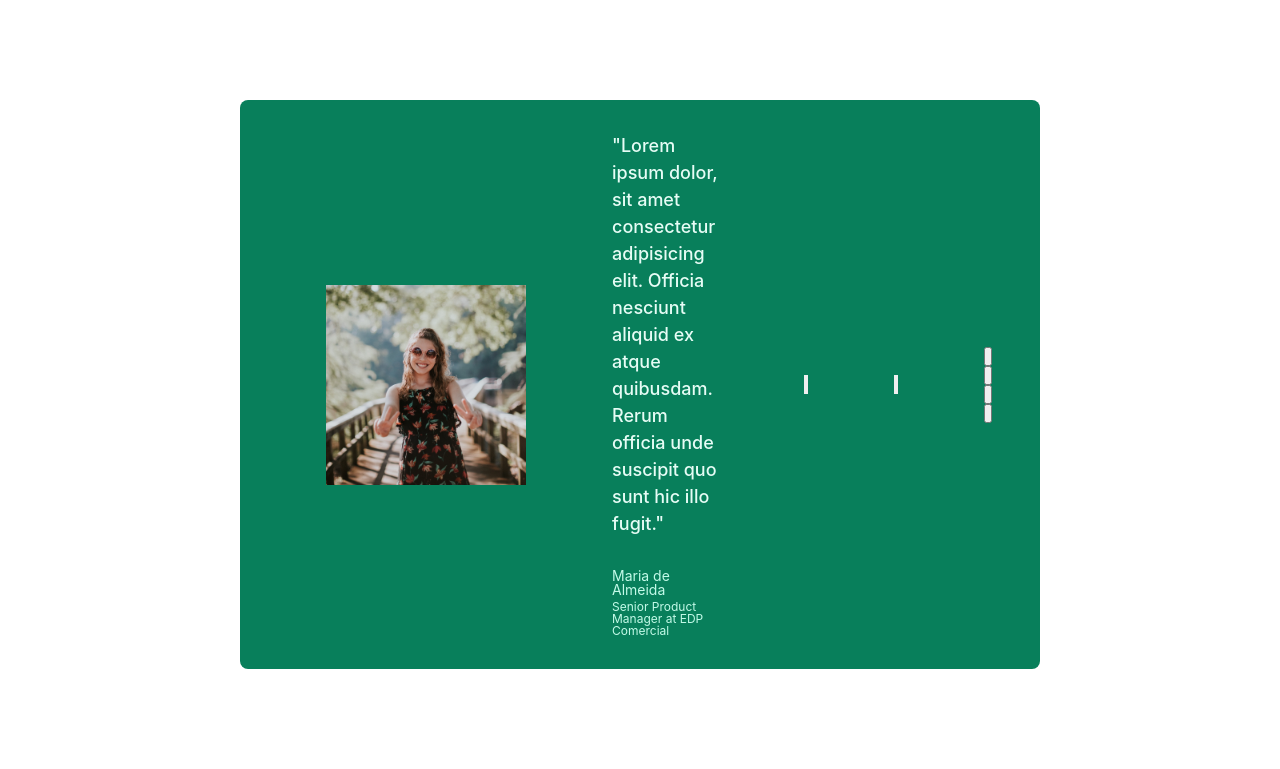
Repository: nghiakma/HTML-CSS-Fundamental
Page: Component_LayoutPatterns/carousel.html
An editor plug-in stored every save of this project. The page is shown before and after the next save, followed by the edit.
The browser window is 1280 px wide. The pictures show the whole page.

Above is the page before, as saved 2023-08-26 11:41:41.

After the next save:
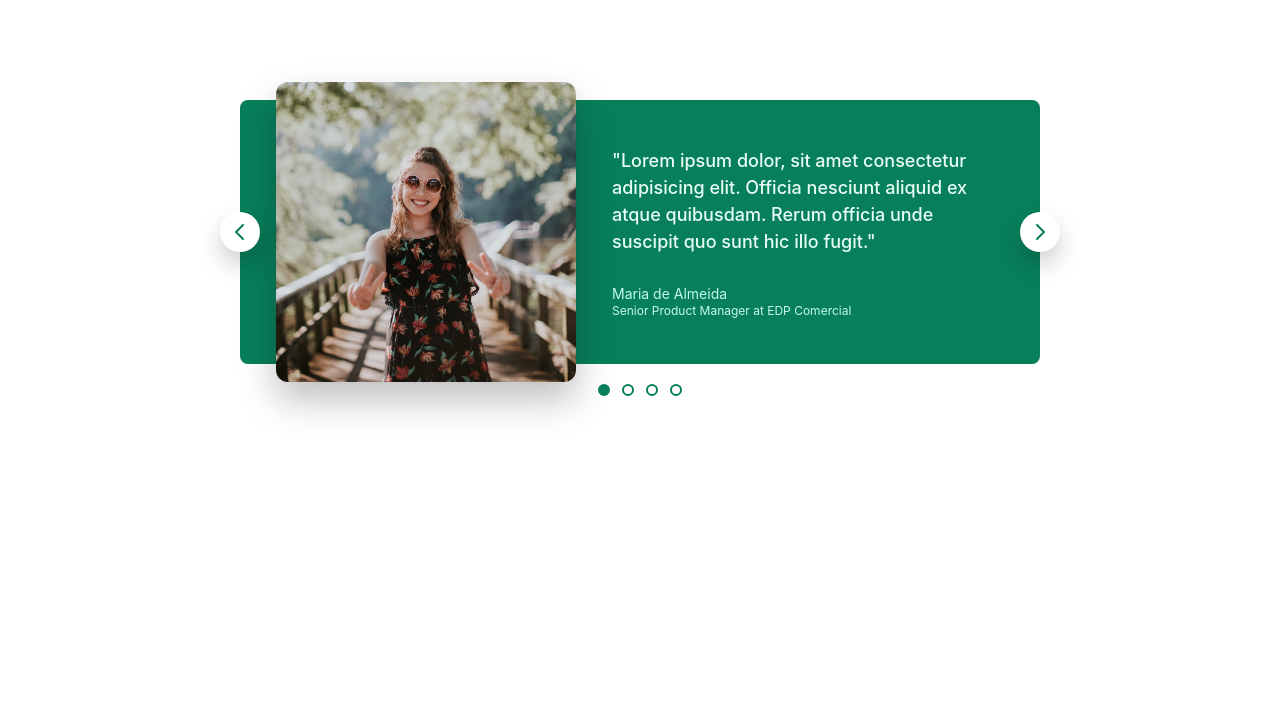
Saved 65 s later.
--- a/Component_LayoutPatterns/carousel.html
+++ b/Component_LayoutPatterns/carousel.html
@@ -22,9 +22,14 @@
       width: 800px;
       margin: 100px auto;
       background-color: #087f5b;
+      /* padding: 32px; */
+      /* padding-left: 86px; */
+      /* padding-right: 48px; */
       padding: 32px 48px 32px 86px;
+
       border-radius: 8px;
       position: relative;
+
       display: flex;
       align-items: center;
       gap: 86px;
@@ -32,6 +37,9 @@
 
     img {
       height: 200px;
+      border-radius: 8px;
+      transform: scale(1.5);
+      box-shadow: 0 12px 24px rgba(0, 0, 0, 0.25);
     }
 
     .testimonial-text {
@@ -51,6 +59,67 @@
     .testimonial-job {
       font-size: 12px;
       color: #c3fae8;
+    }
+
+    /* CONTROLS */
+    .btn {
+      background-color: #fff;
+      border: none;
+      height: 40px;
+      width: 40px;
+      border-radius: 50%;
+      position: absolute;
+      box-shadow: 0 12px 24px rgba(0, 0, 0, 0.2);
+      cursor: pointer;
+
+      display: flex;
+      align-items: center;
+      justify-content: center;
+    }
+
+    .btn--left {
+      /* In relation to PARENTE ELEMENT */
+      left: 0;
+      top: 50%;
+
+      /* In relation to ELEMENT ITSELF */
+      transform: translate(-50%, -50%);
+    }
+
+    .btn--right {
+      right: 0;
+      top: 50%;
+
+      transform: translate(50%, -50%);
+    }
+
+    .btn-icon {
+      height: 24px;
+      width: 24px;
+      stroke: #087f5b;
+    }
+
+    .dots {
+      position: absolute;
+      left: 50%;
+      bottom: 0;
+      transform: translate(-50%, 32px);
+
+      display: flex;
+      gap: 12px;
+    }
+
+    .dot {
+      height: 12px;
+      width: 12px;
+      background-color: #fff;
+      border: 2px solid #087f5b;
+      border-radius: 50%;
+      cursor: pointer;
+    }
+
+    .dot--fill {
+      background-color: #087f5b;
     }
   </style>
 </head>

After the save that followed:
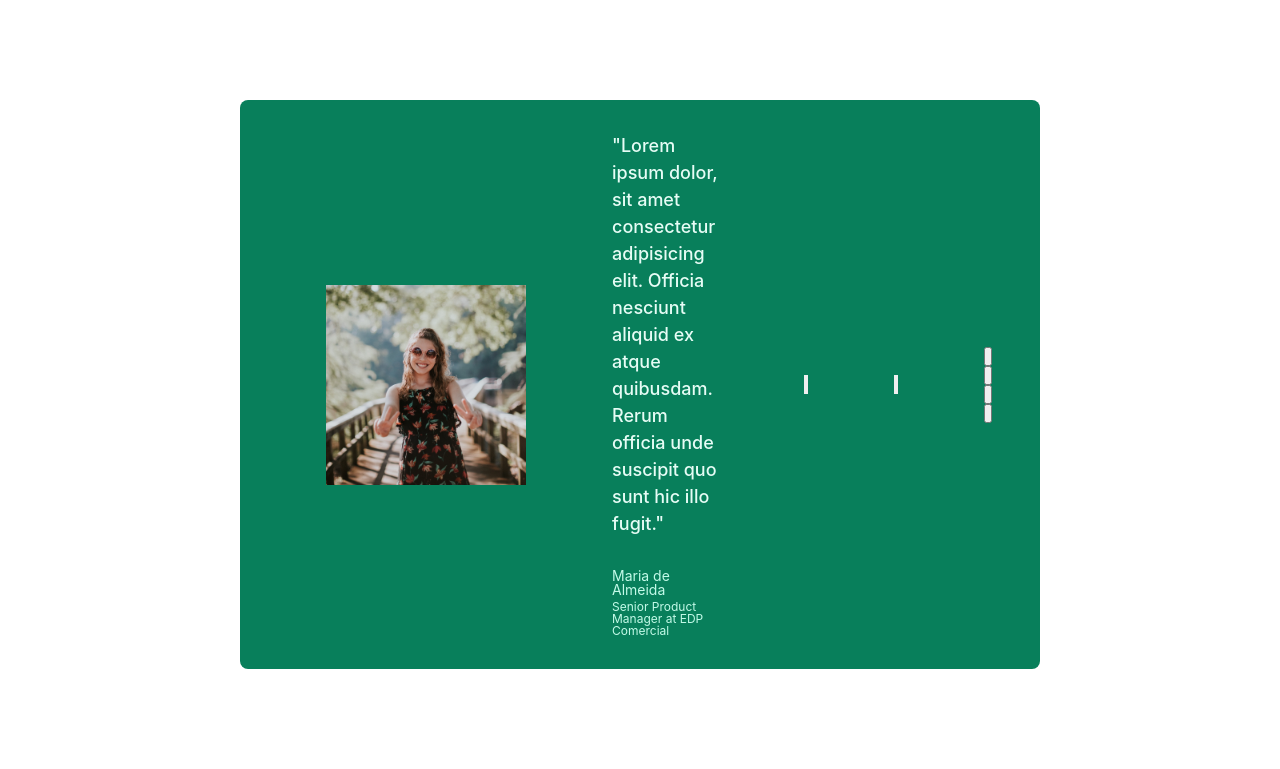
Saved 35 s later.
--- a/Component_LayoutPatterns/carousel.html
+++ b/Component_LayoutPatterns/carousel.html
@@ -37,9 +37,7 @@
 
     img {
       height: 200px;
-      border-radius: 8px;
-      transform: scale(1.5);
-      box-shadow: 0 12px 24px rgba(0, 0, 0, 0.25);
+
     }
 
     .testimonial-text {
@@ -62,65 +60,6 @@
     }
 
     /* CONTROLS */
-    .btn {
-      background-color: #fff;
-      border: none;
-      height: 40px;
-      width: 40px;
-      border-radius: 50%;
-      position: absolute;
-      box-shadow: 0 12px 24px rgba(0, 0, 0, 0.2);
-      cursor: pointer;
-
-      display: flex;
-      align-items: center;
-      justify-content: center;
-    }
-
-    .btn--left {
-      /* In relation to PARENTE ELEMENT */
-      left: 0;
-      top: 50%;
-
-      /* In relation to ELEMENT ITSELF */
-      transform: translate(-50%, -50%);
-    }
-
-    .btn--right {
-      right: 0;
-      top: 50%;
-
-      transform: translate(50%, -50%);
-    }
-
-    .btn-icon {
-      height: 24px;
-      width: 24px;
-      stroke: #087f5b;
-    }
-
-    .dots {
-      position: absolute;
-      left: 50%;
-      bottom: 0;
-      transform: translate(-50%, 32px);
-
-      display: flex;
-      gap: 12px;
-    }
-
-    .dot {
-      height: 12px;
-      width: 12px;
-      background-color: #fff;
-      border: 2px solid #087f5b;
-      border-radius: 50%;
-      cursor: pointer;
-    }
-
-    .dot--fill {
-      background-color: #087f5b;
-    }
   </style>
 </head>
 
